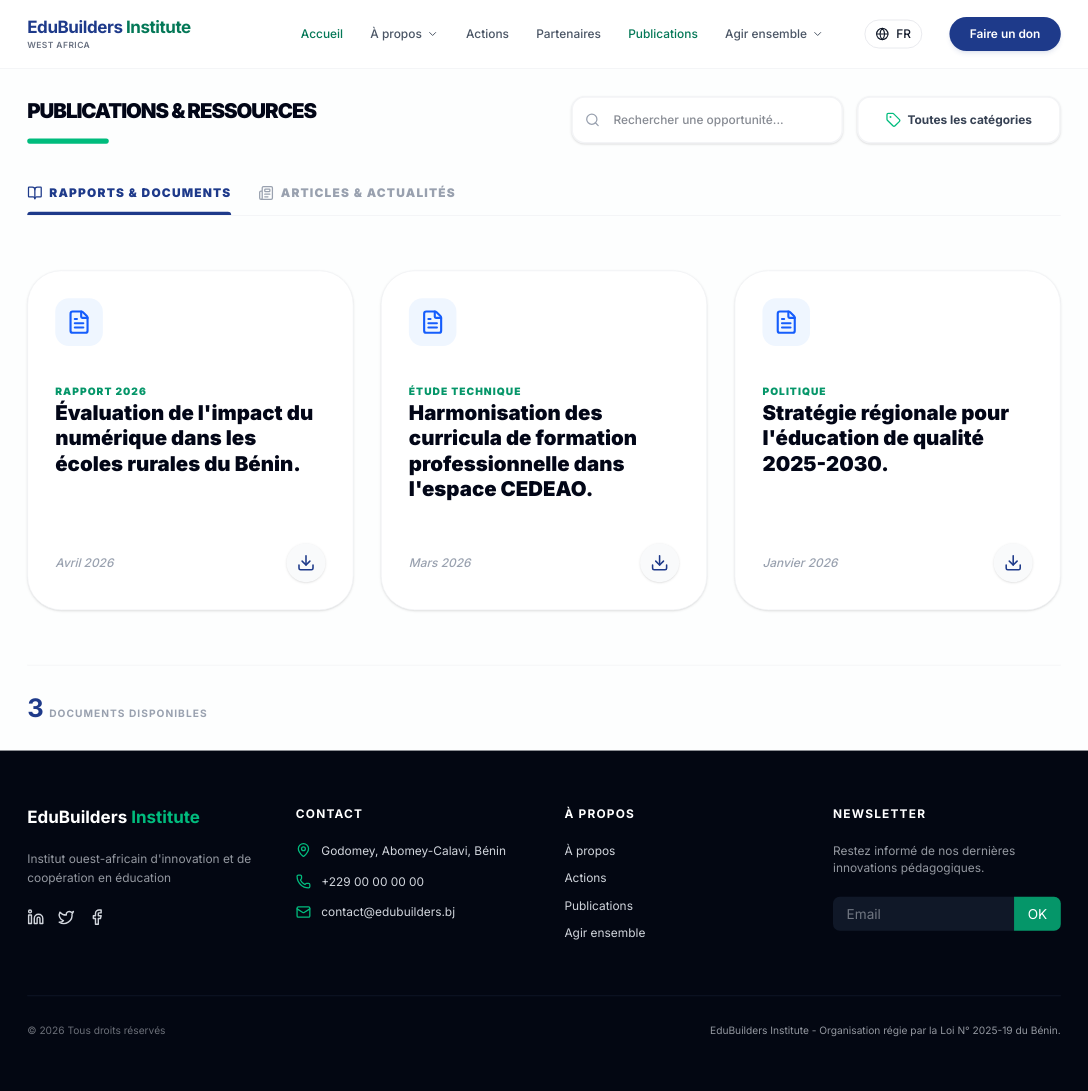
Repository: Julvano/edubuilders-website
Page: /fr/publications
The author's editor kept a copy of each file at every save. The page is drawn from the files as they stood at one save, then again after the next save.
The browser window is 1280 px wide. The pictures show the whole page, at 85% of full size.
Some web fonts or font styles are not loaded; a fallback is used. The project was rebuilt for these pictures with package versions that can differ from the ones it lists, and the page was loaded fresh each time. Also part of the build but not shown: vite.config.ts, src/translations.ts, src/pages/Home.tsx, src/pages/Actions.tsx, src/pages/Partners.tsx, src/pages/VisionMission.tsx, src/pages/Objectives.tsx, src/pages/Join.tsx and 8 more.

Above is the page before, as saved 2026-04-28 15:00:00.

### index.html
<!doctype html>
<html lang="en">
  <head>
    <meta charset="UTF-8" />
    <meta name="viewport" content="width=device-width, initial-scale=1.0" />
    <meta name="description" content="EduBuilders Institute - Institut ouest-africain d'innovation et de coopération en éducation. Transforming West African education through innovation and cooperation." />
    <meta name="keywords" content="Education, Benin, West Africa, NGO, Pedagogy, Innovation, Teacher Training" />
    <meta property="og:title" content="EduBuilders Institute" />
    <meta property="og:description" content="Innovation and Cooperation for Quality Education in West Africa." />
    <meta property="og:type" content="website" />
    <title>EduBuilders Institute | Innovation & Coopératiton en Éducation</title>
  </head>
  <body>
    <div id="root"></div>
    <script type="module" src="/src/main.tsx"></script>
  </body>
</html>

### src/main.tsx
import {StrictMode} from 'react';
import {createRoot} from 'react-dom/client';
import App from './App.tsx';
import './index.css';

createRoot(document.getElementById('root')!).render(
  <StrictMode>
    <App />
  </StrictMode>,
);

### src/index.css
@import url('https://fonts.googleapis.com/css2?family=Inter:wght@300;400;500;600;700;800;900&family=Playfair+Display:ital,wght@0,900;1,900&display=swap');
@import "tailwindcss";
@plugin "@tailwindcss/typography";

@theme {
  --font-sans: "Inter", ui-sans-serif, system-ui, sans-serif;
  --font-serif: "Playfair Display", serif;

  --color-blue-950: #020617;
  --color-blue-900: #1e3a8a;
  --color-emerald-600: #059669;
  --color-emerald-700: #047857;
}

body {
  @apply font-sans text-gray-900 antialiased bg-white;
}

/* Custom underline for active links if needed */
.nav-link-active {
  @apply text-emerald-700;
}

### src/components/LanguageContext.tsx

import React, { createContext, useContext, useEffect, useState, ReactNode } from 'react';
import { useLocation, useNavigate, useParams } from 'react-router-dom';
import { Language, Content, translations } from '../translations';

interface LanguageContextType {
  language: Language;
  content: Content;
  setLanguage: (lang: Language) => void;
  toggleLanguage: () => void;
  langPath: (path: string) => string;
}

const LanguageContext = createContext<LanguageContextType | undefined>(undefined);

export const LanguageProvider: React.FC<{ children: ReactNode }> = ({ children }) => {
  const { lang } = useParams<{ lang: string }>();
  const navigate = useNavigate();
  const location = useLocation();
  const [language, setLanguageState] = useState<Language>((lang as Language) || 'fr');

  useEffect(() => {
    if (lang && (lang === 'fr' || lang === 'en') && lang !== language) {
      setLanguageState(lang as Language);
    }
  }, [lang, language]);

  const setLanguage = (newLang: Language) => {
    // Replace the language segment in the URL
    const pathSegments = location.pathname.split('/').filter(Boolean);
    if (pathSegments.length > 0 && (pathSegments[0] === 'fr' || pathSegments[0] === 'en')) {
      pathSegments[0] = newLang;
    } else {
      pathSegments.unshift(newLang);
    }
    navigate(`/${pathSegments.join('/')}${location.search}${location.hash}`);
  };

  const toggleLanguage = () => {
    setLanguage(language === 'fr' ? 'en' : 'fr');
  };

  const langPath = (path: string) => {
    // Ensure path starts with / and doesn't already have the lang segment
    const cleanPath = path.startsWith('/') ? path : `/${path}`;
    return `/${language}${cleanPath}`;
  };

  const value = {
    language,
    content: translations[language],
    setLanguage,
    toggleLanguage,
    langPath,
  };

  return (
    <LanguageContext.Provider value={value}>
      {children}
    </LanguageContext.Provider>
  );
};

export const useLanguage = () => {
  const context = useContext(LanguageContext);
  if (context === undefined) {
    throw new Error('useLanguage must be used within a LanguageProvider');
  }
  return context;
};

### src/components/Footer.tsx

import React from 'react';
import { useLanguage } from './LanguageContext';
import { Mail, Phone, MapPin, Linkedin, Twitter, Facebook } from 'lucide-react';
import { Link } from 'react-router-dom';

const Footer: React.FC = () => {
  const { content, langPath } = useLanguage();

  return (
    <footer className="bg-gray-950 text-gray-300 py-16">
      <div className="max-w-7xl mx-auto px-4 sm:px-6 lg:px-8">
        <div className="grid grid-cols-1 md:grid-cols-2 lg:grid-cols-4 gap-12 mb-16">
          <div className="space-y-6">
            <h3 className="text-white text-xl font-bold">EduBuilders <span className="text-emerald-500">Institute</span></h3>
            <p className="text-sm leading-relaxed opacity-70">
              {content.hero.subtitle}
            </p>
            <div className="flex space-x-4">
              <a href="#" className="hover:text-emerald-500 transition-colors"><Linkedin size={20} /></a>
              <a href="#" className="hover:text-emerald-500 transition-colors"><Twitter size={20} /></a>
              <a href="#" className="hover:text-emerald-500 transition-colors"><Facebook size={20} /></a>
            </div>
          </div>

          <div className="space-y-6">
            <h4 className="text-white text-sm font-bold uppercase tracking-widest">Contact</h4>
            <ul className="space-y-4 text-sm">
              <li className="flex items-start space-x-3">
                <MapPin className="text-emerald-500 shrink-0" size={18} />
                <span>Godomey, Abomey-Calavi, Bénin</span>
              </li>
              <li className="flex items-center space-x-3">
                <Phone className="text-emerald-500 shrink-0" size={18} />
                <span>+229 00 00 00 00</span>
              </li>
              <li className="flex items-center space-x-3">
                <Mail className="text-emerald-500 shrink-0" size={18} />
                <span>contact@edubuilders.bj</span>
              </li>
            </ul>
          </div>

          <div className="space-y-6">
            <h4 className="text-white text-sm font-bold uppercase tracking-widest">{content.nav.about}</h4>
            <nav className="flex flex-col space-y-3 text-sm">
              <Link to={langPath('/about/vision-mission')} className="hover:text-white transition-colors">{content.nav.about}</Link>
              <Link to={langPath('/actions')} className="hover:text-white transition-colors">{content.nav.actions}</Link>
              <Link to={langPath('/publications')} className="hover:text-white transition-colors">{content.nav.publications}</Link>
              <Link to={langPath('/join')} className="hover:text-white transition-colors">{content.nav.join}</Link>
            </nav>
          </div>

          <div className="space-y-6">
            <h4 className="text-white text-sm font-bold uppercase tracking-widest">Newsletter</h4>
            <p className="text-sm opacity-70">Restez informé de nos dernières innovations pédagogiques.</p>
            <div className="flex">
              <input
                type="email"
                placeholder="Email"
                className="bg-gray-900 border-none rounded-l-lg px-4 py-2 w-full focus:ring-1 focus:ring-emerald-500 outline-none"
              />
              <button className="bg-emerald-600 hover:bg-emerald-500 text-white px-4 py-2 rounded-r-lg transition-colors">
                OK
              </button>
            </div>
          </div>
        </div>

        <div className="pt-8 border-t border-gray-900 text-xs flex flex-col md:flex-row justify-between items-center gap-4">
          <p className="opacity-50">
            &copy; {new Date().getFullYear()} {content.footer.rights}
          </p>
          <p className="text-center md:text-right opacity-70">
            {content.footer.legal}
          </p>
        </div>
      </div>
    </footer>
  );
};


export default Footer;

### src/pages/Publications.tsx

import React, { useState } from 'react';
import { useLanguage } from '../components/LanguageContext';
import { motion, AnimatePresence } from 'motion/react';
import {
  FileText,
  Download,
  Search,
  Calendar,
  Clock,
  ArrowRight,
  Tag,
  MapPin,
  BookOpen,
  Newspaper
} from 'lucide-react';
import { Link } from 'react-router-dom';

// Mock Data
const DOCUMENTS = [
  {
    id: 'd1',
    label: { fr: "RAPPORT 2026", en: "REPORT 2026" },
    title: {
      fr: "Évaluation de l'impact du numérique dans les écoles rurales du Bénin.",
      en: "Evaluation of the impact of digital technology in rural schools in Benin."
    },
    date: { fr: "Avril 2026", en: "April 2026" }
  },
  {
    id: 'd2',
    label: { fr: "ÉTUDE TECHNIQUE", en: "TECHNICAL STUDY" },
    title: {
      fr: "Harmonisation des curricula de formation professionnelle dans l'espace CEDEAO.",
      en: "Harmonization of vocational training curricula in the ECOWAS region."
    },
    date: { fr: "Mars 2026", en: "March 2026" }
  },
  {
    id: 'd3',
    label: { fr: "POLITIQUE", en: "POLICY" },
    title: {
      fr: "Stratégie régionale pour l'éducation de qualité 2025-2030.",
      en: "Regional strategy for quality education 2025-2030."
    },
    date: { fr: "Janvier 2026", en: "January 2026" }
  }
];

const ARTICLES = [
  {
    id: '1',
    title: {
      fr: "10 bourses de formation professionnelle en audiovisuel et numérique",
      en: "10 vocational training scholarships in audiovisual and digital"
    },
    excerpt: {
      fr: "Le CFOMAN-DAABAARU lance un appel à candidatures pour 10 bourses de formation professionnelle en audiovisuel et numérique.",
      en: "CFOMAN-DAABAARU is launching a call for applications for 10 vocational training scholarships in audiovisual and digital media."
    },
    category: { fr: "Bourses", en: "Scholarships" },
    location: { fr: "Bénin", en: "Benin" },
    date: "17 avril 2026",
    readingTime: "5",
    image: "https://images.unsplash.com/photo-1522202176988-66273c2fd55f?q=80&w=2071&auto=format&fit=crop"
  },
  {
    id: '2',
    title: {
      fr: "National Endowment for Democracy (NED) lance son Programme de subventions",
      en: "National Endowment for Democracy (NED) launches its Grants Program"
    },
    excerpt: {
      fr: "Le National Endowment for Democracy offre plus de 2000 subventions pour soutenir des projets démocratiques dans plus de 100 pays.",
      en: "The National Endowment for Democracy offers more than 2,000 grants to support democratic projects in more than 100 countries."
    },
    category: { fr: "Subventions", en: "Grants" },
    location: { fr: "Afrique", en: "Africa" },
    date: "14 avril 2026",
    readingTime: "8",
    image: "https://images.unsplash.com/photo-1577962917302-cd874c4e31d2?q=80&w=2070&auto=format&fit=crop"
  },
  {
    id: '3',
    title: {
      fr: "Concours ESMT Dakar 2026 : Recrutement Licence, Master et...",
      en: "ESMT Dakar 2026 Competition: Recruitment License, Master and..."
    },
    excerpt: {
      fr: "Le gouvernement béninois lance le concours d'entrée à l'ESMT Dakar pour l'année 2026-2027.",
      en: "The Beninese government is launching the entry competition for ESMT Dakar for the year 2026-2027."
    },
    category: { fr: "Concours", en: "Competition" },
    location: { fr: "Bénin", en: "Benin" },
    date: "14 avril 2026",
    readingTime: "1",
    image: "https://images.unsplash.com/photo-1456513080510-7bf3a84b82f8?q=80&w=1973&auto=format&fit=crop"
  }
];

const DocumentCard: React.FC<{ doc: typeof DOCUMENTS[0], lang: 'fr' | 'en' }> = ({ doc, lang }) => (
  <div className="bg-white rounded-[2.5rem] shadow-sm border border-gray-100 p-8 flex flex-col h-full hover:shadow-xl transition-all duration-300">
    <div className="w-14 h-14 bg-blue-50 text-blue-600 rounded-2xl flex items-center justify-center mb-10">
      <FileText size={30} />
    </div>

    <div className="flex-grow space-y-4">
      <span className="text-xs font-black text-emerald-600 uppercase tracking-widest leading-none">
        {doc.label[lang]}
      </span>
      <h3 className="text-2xl font-black text-blue-950 leading-tight">
        {doc.title[lang]}
      </h3>
    </div>

    <div className="mt-12 flex items-center justify-between">
      <span className="text-sm font-medium text-gray-400 italic">
        {doc.date[lang]}
      </span>
      <button className="p-3 bg-gray-50 text-blue-900 rounded-full hover:bg-blue-900 hover:text-white transition-all shadow-sm">
        <Download size={22} />
      </button>
    </div>
  </div>
);

const ArticleCard: React.FC<{ article: typeof ARTICLES[0], lang: 'fr' | 'en', t: any, langPath: (p: string) => string }> = ({ article, lang, t, langPath }) => (
  <div className="bg-white rounded-[2.5rem] shadow-sm border border-gray-100 overflow-hidden group hover:shadow-xl transition-all duration-300 h-full flex flex-col">
    <div className="relative aspect-video overflow-hidden">
      <img
        src={article.image}
        alt={article.title[lang]}
        className="w-full h-full object-cover transition-transform duration-700 group-hover:scale-110"
        referrerPolicy="no-referrer"
      />
      <div className="absolute top-4 left-4 flex gap-2">
         <span className="px-3 py-1.5 bg-blue-600 text-white text-[10px] font-black uppercase rounded-lg shadow-lg shadow-blue-900/20">
            {article.category[lang]}
         </span>
         <span className="px-3 py-1.5 bg-white text-gray-700 text-[10px] font-black uppercase rounded-lg flex items-center gap-1 shadow-lg">
            <MapPin size={10} />
            {article.location[lang]}
         </span>
      </div>
    </div>

    <div className="p-8 space-y-6 flex-grow flex flex-col">
      <div className="flex items-center gap-4 text-xs font-medium text-gray-400">
        <div className="flex items-center gap-1.5">
           <Calendar size={14} className="text-emerald-500" />
           <span>{article.date}</span>
        </div>
        <div className="flex items-center gap-1.5">
           <Clock size={14} className="text-emerald-500" />
           <span>{article.readingTime} {t.publications.readingTime}</span>
        </div>
      </div>

      <h3 className="text-xl font-black text-blue-900 leading-tight group-hover:text-emerald-700 transition-colors">
        {article.title[lang]}
      </h3>

      <p className="text-sm text-gray-600 leading-relaxed font-medium line-clamp-3">
        {article.excerpt[lang]}
      </p>

      <div className="pt-4 mt-auto border-t border-gray-50">
        <Link
          to={langPath(`/publications/article/${article.id}`)}
          className="inline-flex items-center gap-2 text-blue-600 font-black text-sm uppercase tracking-wider hover:text-emerald-700 transition-colors group/link"
        >
          {t.publications.readMore}
          <ArrowRight size={16} className="group-hover/link:translate-x-1 transition-transform" />
        </Link>
      </div>
    </div>
  </div>
);

const Publications: React.FC = () => {
  const { language, content: t, langPath } = useLanguage();
  const [activeTab, setActiveTab] = useState<'documents' | 'articles'>('documents');
  const [searchQuery, setSearchQuery] = useState('');

  return (
    <div className="py-5 lg:py-8 bg-gray-50/30">
      <div className="max-w-7xl mx-auto px-4 sm:px-6 lg:px-8">

        {/* Header with Search & Tabs */}
        <div className="space-y-12 mb-16">
          <div className="flex flex-col lg:flex-row lg:items-end justify-between gap-8">
            <div className="space-y-4">
              <h1 className="text-2xl lg:text-2xl font-black text-blue-950 uppercase tracking-tighter">
                {t.publications.title}
              </h1>
              <div className="w-24 h-1.5 bg-emerald-500 rounded-full" />
            </div>

            <div className="flex flex-col sm:flex-row gap-4 w-full lg:w-auto">
              <div className="relative flex-grow sm:w-80">
                <Search className="absolute left-4 top-1/2 -translate-y-1/2 text-gray-400" size={18} />
                <input
                  type="text"
                  placeholder={t.publications.filterPlaceholder}
                  value={searchQuery}
                  onChange={(e) => setSearchQuery(e.target.value)}
                  className="w-full pl-12 pr-6 py-4 bg-white border-2 border-gray-100 rounded-2xl focus:border-blue-900 outline-none transition-all shadow-sm font-medium text-sm"
                />
              </div>
              <button className="flex items-center justify-center gap-2 px-8 py-4 bg-white border-2 border-gray-100 text-gray-700 font-bold rounded-2xl hover:border-emerald-500 transition-all shadow-sm text-sm">
                <Tag size={18} className="text-emerald-500" />
                {t.publications.allCategories}
              </button>
            </div>
          </div>

          <div className="flex border-b border-gray-100 gap-8">
             <button
               onClick={() => setActiveTab('documents')}
               className={`pb-4 text-sm font-black uppercase tracking-widest flex items-center gap-2 transition-all relative ${
                 activeTab === 'documents' ? 'text-blue-900' : 'text-gray-400 hover:text-gray-600'
               }`}
             >
               <BookOpen size={18} />
               {t.publications.documentsLabel}
               {activeTab === 'documents' && (
                 <motion.div layoutId="tab" className="absolute bottom-0 left-0 right-0 h-1 bg-blue-900 rounded-t-full" />
               )}
             </button>
             <button
               onClick={() => setActiveTab('articles')}
               className={`pb-4 text-sm font-black uppercase tracking-widest flex items-center gap-2 transition-all relative ${
                 activeTab === 'articles' ? 'text-blue-900' : 'text-gray-400 hover:text-gray-600'
               }`}
             >
               <Newspaper size={18} />
               {t.publications.articlesLabel}
               {activeTab === 'articles' && (
                 <motion.div layoutId="tab" className="absolute bottom-0 left-0 right-0 h-1 bg-blue-900 rounded-t-full" />
               )}
             </button>
          </div>
        </div>

        {/* Grid Display */}
        <AnimatePresence mode="wait">
          <motion.div
            key={activeTab}
            initial={{ opacity: 0, y: 10 }}
            animate={{ opacity: 1, y: 0 }}
            exit={{ opacity: 0, y: -10 }}
            transition={{ duration: 0.3 }}
            className="grid grid-cols-1 md:grid-cols-2 lg:grid-cols-3 gap-8"
          >
            {activeTab === 'documents' ? (
              DOCUMENTS.map(doc => (
                <DocumentCard key={doc.id} doc={doc} lang={language} />
              ))
            ) : (
              ARTICLES.map(article => (
                <ArticleCard key={article.id} article={article} lang={language} t={t} langPath={langPath} />
              ))
            )}
          </motion.div>
        </AnimatePresence>

        {/* Counter */}
        <div className="mt-16 pt-8 border-t border-gray-100">
           <p className="text-blue-900 font-bold">
             <span className="text-3xl tracking-tighter">
               {activeTab === 'documents' ? DOCUMENTS.length : ARTICLES.length}
             </span>
             <span className="ml-2 uppercase text-xs tracking-widest text-gray-400">
               {activeTab === 'documents' ? 'documents disponibles' : 'opportunités identifiées'}
             </span>
           </p>
        </div>
      </div>
    </div>
  );
};

export default Publications;

Loaded but not shown: src/components/Navbar.tsx (249 lines, source omitted); src/App.tsx (115 lines, source omitted)

After the next save:
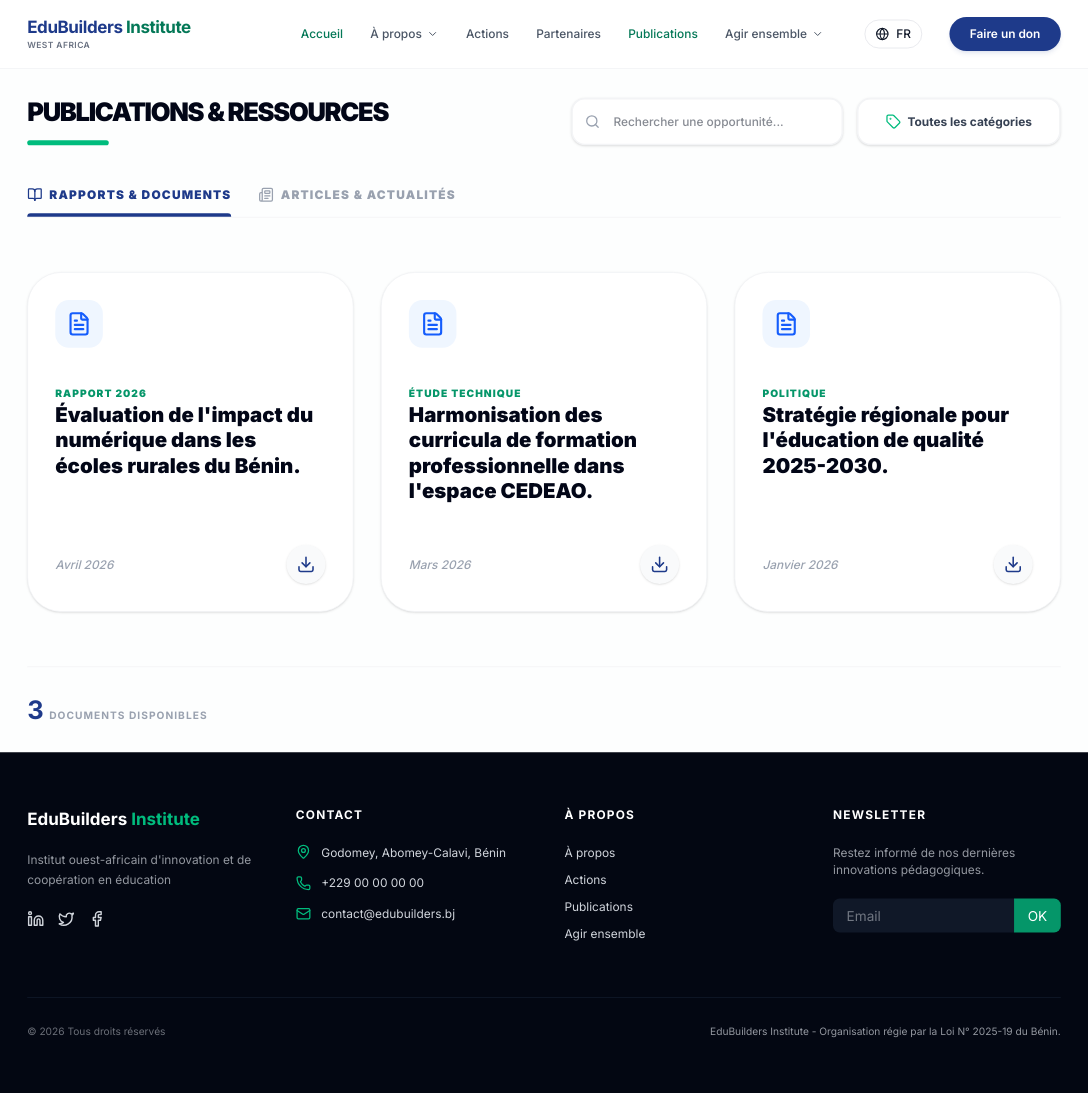
Saved 22 s later.
--- a/src/pages/Publications.tsx
+++ b/src/pages/Publications.tsx
@@ -190,7 +190,7 @@ const Publications: React.FC = () => {
         <div className="space-y-12 mb-16">
           <div className="flex flex-col lg:flex-row lg:items-end justify-between gap-8">
             <div className="space-y-4">
-              <h1 className="text-2xl lg:text-2xl font-black text-blue-950 uppercase tracking-tighter">
+              <h1 className="text-2xl lg:text-3xl font-black text-blue-950 uppercase tracking-tighter">
                 {t.publications.title}
               </h1>
               <div className="w-24 h-1.5 bg-emerald-500 rounded-full" />
